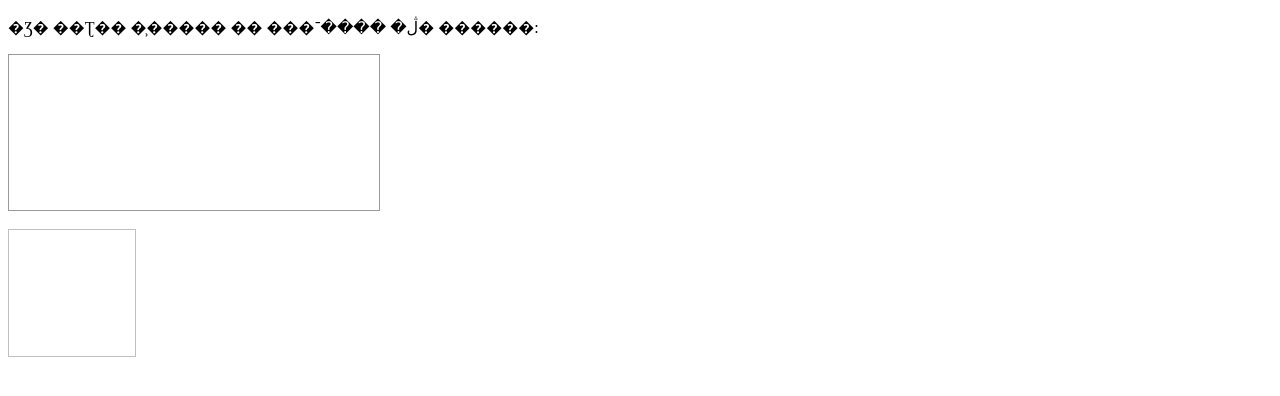
Repository: faqwer/khfinal
Page: http://localhost/finaltp/test2.jsp
These files come from the project's save history. The page is drawn as it stood at one moment and after the next save; the edit follows.
The browser window is 1280 px wide. The pictures show the whole page.
The page is served by Tomcat 9. Other server files are loaded and not shown.

Above is the page before, as saved 2017-12-12 10:04:21.

### finaltp/finaltp/src/main/webapp/test2.jsp
<%@ page language="java" contentType="text/html; charset=UTF-8"
	pageEncoding="UTF-8"%>
<!DOCTYPE HTML>
<html>
<head>
<style>
/* �巡���� ���� ������ ����� ���մϴ�. ������ �Ű澲�� �����ŵ� �˴ϴ�. */
#div1 {width:350px;height:135px;padding:10px;border:1px solid #999;}
</style>
<script>
var element;
function allowDrop(ev) {
    ev.preventDefault();
}

function drag(ele,ev) {
	element=ele;
}

function drop(ev) {
    ev.preventDefault();
    ev.target.appendChild(element);
}
</script>
</head>
<body>

<p>�Ʒ� ��Ʈ�� �̹����� �� ���ڷ� ����־� ������:</p>

<div id="div1" ondrop="drop(event)" ondragover="allowDrop(event)"></div>
<br>
<img id="drag1" draggable="true" ondragstart="drag(this,event)" width="128" height="128">

</body>
</html>

After the next save:
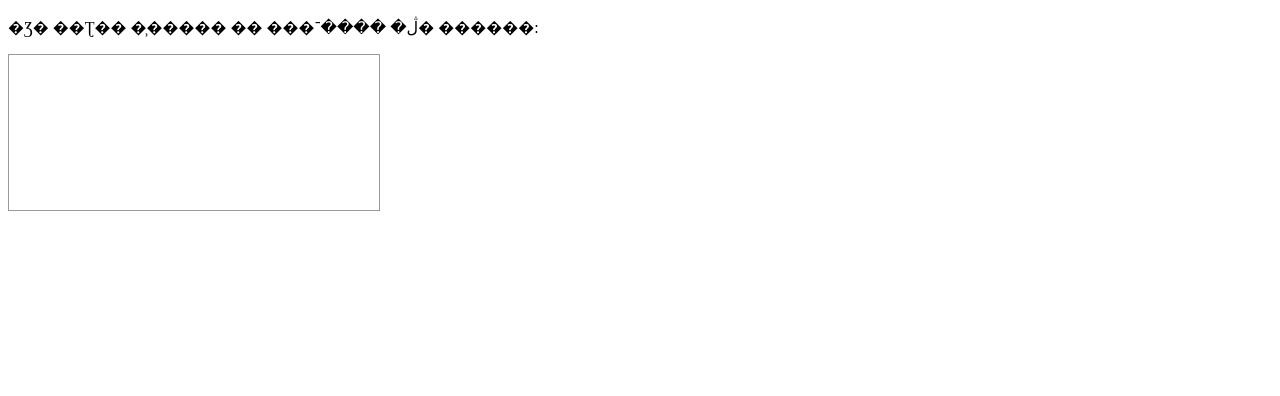
Saved 41 s later.
--- a/finaltp/finaltp/src/main/webapp/test2.jsp
+++ b/finaltp/finaltp/src/main/webapp/test2.jsp
@@ -29,7 +29,7 @@
 
 <div id="div1" ondrop="drop(event)" ondragover="allowDrop(event)"></div>
 <br>
-<img id="drag1" draggable="true" ondragstart="drag(this,event)" width="128" height="128">
+<div id="drag1" draggable="true" ondragstart="drag(this,event)" style="width: 50px;height: 50px;"></</div>
 
 </body>
 </html>
